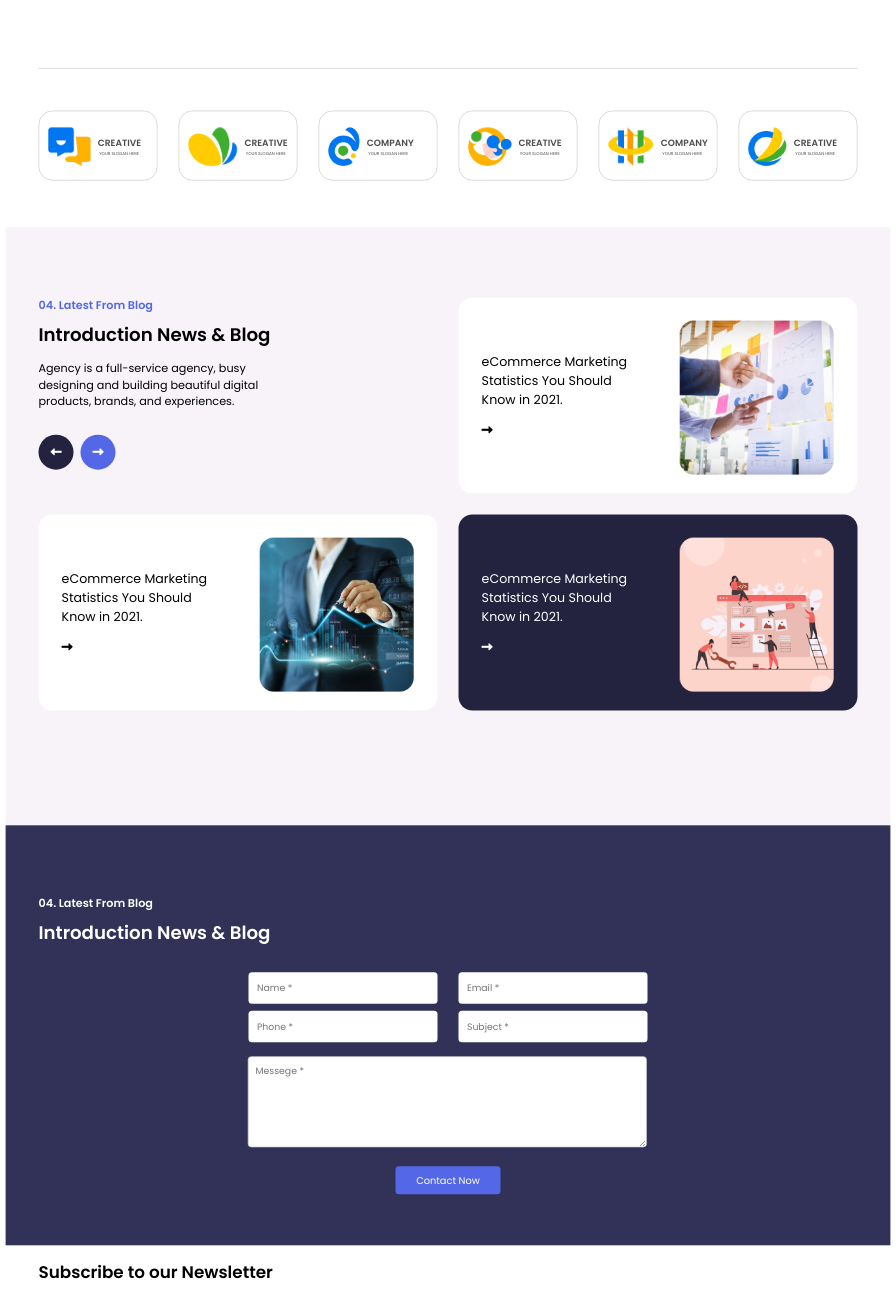
Repository: tranchi0120/LangdingPage-Htmlcss-Ago
Page: index.html
The author's editor kept a copy of each file at every save. The page is drawn from the files as they stood at one save, then again after the next save.
The browser window is 1280 px wide. The pictures show the part of the page from y = 3170 to 5090 px (the page is 5024 px tall before and 5090 px after), at 70% of full size.
Some web libraries are served in a nearby version. The style sheet was rebuilt from its Sass, Less or Tailwind sources for each picture, by a compiler version that may differ from the author's.

Above is the page before, as saved 2022-07-15 11:42:34.

### index.html
<!DOCTYPE html>
<html lang="en">

<head>
    <meta charset="UTF-8" />
    <meta http-equiv="X-UA-Compatible" content="IE=edge" />
    <meta name="viewport" content="width=device-width, initial-scale=1.0" />
    <title>Ago</title>
    <!-- css -->
    <link rel="stylesheet" href="./css/app.css" />
    <!-- google font  -->
    <link rel="preconnect" href="https://fonts.googleapis.com" />
    <link rel="preconnect" href="https://fonts.gstatic.com" crossorigin />
    <link href="https://fonts.googleapis.com/css2?family=Poppins:wght@400;600&display=swap" rel="stylesheet" />
    <!-- google icon awaresome -->
    <link rel="stylesheet" href="https://cdnjs.cloudflare.com/ajax/libs/font-awesome/6.1.1/css/all.min.css">
    <!-- sass ./sass/app.scss ./css/app.css --watch -->
</head>

<body>
    <header class="header">
        <div class="header-top container">
            <span class="header-top-title">
                Welcome to Ago! Building Creative Business Agency
            </span>
            <div class="header-top-right">
                <div class="header-login">
                    <i class="fa-solid fa-user"></i>
                    <a href="#!" style="color:#666666">Login</a>
                </div>
                <div class="header-nation">
                    <i class="fa-solid fa-globe"></i>
                    <span class="header-language">English</span>
                    <i class="fa-solid fa-angle-down"></i>
                </div>
            </div>
        </div>
        <div class="header-line">
        </div>
        <div class="header-under container">
            <div class="header-under-logo">
                <div class="header-under-image">
                    <img class="header-under-img" src="./images/logo.png" alt="#">
                </div>
                <span class="header-under-name">Ago</span>
            </div>
            <div class="header-menu">
                <ul class="menu">
                    <li class="menu-item">
                        <a href="#" class="menu-link">Home</a>
                    </li>
                    <li class="menu-item">
                        <a href="#" class="menu-link">Features</a>
                        <i class="fa-solid fa-angle-down"></i>
                    </li>
                    <li class="menu-item">
                        <a href="#" class="menu-link">Services</a>
                    </li>
                    <li class="menu-item">
                        <a href="#" class="menu-link">Pages</a>
                    </li>
                    <li class="menu-item">
                        <a href="#" class="menu-link">Blog</a>
                    </li>
                    <li class="menu-item">
                        <a href="#" class="menu-link">Support</a>
                    </li>
                </ul>
                <div class="menu-button">
                    <i class="fa-solid fa-magnifying-glass menu-icon"></i>
                    <div class="button">Contact Us</div>
                </div>
            </div>
        </div>
    </header>
    <main>
        <section class="hero">
            <div class="container">
                <div class="hero-main">
                    <div class="hero-left">
                        <div class="hero-title">
                            Trusted Professional Service.
                        </div>
                        <span class="hero-content">
                            Ago is a full-service agency, busy designing and building beautiful digital products,
                            brands, and
                            experiences.
                        </span>
                        <div class="hero-button">
                            <div class="button">Recent Work</div>
                        </div>
                        <div class="hero-down">
                            <div class="hero-icondown">
                                <i style="color:#ffffff ;" class="fa-solid fa-arrow-down"></i>
                            </div>
                            <p class="hero-scroll">
                                Scroll Down
                            </p>
                        </div>
                    </div>
                    <div class="hero-right">
                        <img src="./images/hero.png" alt="#">
                    </div>
                </div>
            </div>
        </section>
        <section class="about">
            <div class="container">
                <div class="about-main">
                    <div class="about-images">
                        <img src="./images/about1.png" alt="#" class="about-img1">
                        <img src="./images/about2.png" alt="#" class="about-img2">
                        <img src="./images/about3.png" alt="#" class="about-img3">
                    </div>
                    <div class="about-us">
                        <h5 class="about-number">
                            01. About Us
                        </h5>
                        <div class="about-title">
                            We Make Designs that Lead and Inpire.
                        </div>
                        <div class="about-name">
                            A design team building a created
                            marketplace for UI designers.
                        </div>
                        <div class="about-content">
                            2,360 curated design resources to energize your creative workflow. We're a growing family of
                            682,268 designers and makers from around the world
                        </div>
                        <div class="menu-button">
                            <div class="button">Contact Us</div>
                        </div>
                    </div>
                </div>
            </div>
        </section>
        <section class="interactive">
            <div class="container">
                <div class="interactive-main">
                    <h5 class="interactive-number">
                        02. What We Do
                    </h5>
                    <div class="interactive-title">
                        <span class="interactive-name">
                            We Make Designs that Lead and Inpire.
                        </span>
                        <i class="fa-solid fa-left-long interactive-iconleft"></i>
                        <i class="fa-solid fa-right-long"></i>
                    </div>
                    <div class="interactive-group">
                        <div class="interactive-box">
                            <div class="row-circle">
                                <img class="row-img" src="./images/row1.png" alt="#">
                                <h2 class="row-number">
                                    26k
                                </h2>
                                <span class="row-title">
                                    Happy Clients
                                </span>
                            </div>
                            <div class="row-circle2">
                                <img class="row-img" src="./images/row2.png" alt="#">
                                <h2 class="row-number2">
                                    76k
                                </h2>
                                <span class="row-title2">
                                    Project Done
                                </span>
                                <span class="row-content2">
                                    Lorem ipsum dolor sit amet, consectetur adipiscing elit. Mauris sapien egestas augue
                                    enim amet scelerisque.
                                </span>
                            </div>
                            <div class="row-circle">
                                <img class="row-img" src="./images/row3.png" alt="#">
                                <h2 class="row-number">
                                    20k
                                </h2>
                                <span class="row-title">
                                    AWARDS WON
                                </span>
                            </div>
                            <div class="row-circle">
                                <img class="row-img" src="./images/row4.png" alt="#">
                                <h2 class="row-number">
                                    20k
                                </h2>
                                <span class="row-title">
                                    DAILY DATA INPUT
                                </span>
                            </div>
                        </div>
                    </div>
                </div>
            </div>
        </section>
        <section class="service">
            <div class="container">
                <h5 class="service-number">
                    03. Our Services
                </h5>
                <div class="service-title">
                    <span class="service-name">
                        Welcome to Our Professional Service
                    </span>
                </div>
                <div class="service-main">
                    <div class="service-left">
                        <h2 class="service-left-title">
                            Professional Website
                            Design Consulting
                        </h2>
                        <p class="service-left-content">
                            Agency is a full-service agency, busy designing and building beautiful digital products,
                            brands, and experiences.
                        </p>
                        <div class="menu-button">
                            <div class="button">View Detail</div>
                        </div>
                        <div class="service-left-images">
                            <img src="./images/service1.png" alt="#" class="service-left-img">
                            <img src="./images/service2.png" alt="#" class="service-left-img">
                            <img src="./images/service3.png" alt="#" class="service-left-img">
                        </div>
                    </div>
                    <div class="service-right">
                        <img src="./images/service4.png" alt="#" class="service-right-img">
                    </div>
                </div>
                <div class="service-bottom">
                    <div class="service-box">
                        <div class="service-box-imgs">
                            <img src="./images/logo1.png" alt="#" class="service-box-img">
                        </div>
                        <div class="service-box-text">
                            <h2 class="service-box-title">CREATIVE</h2>
                            <p class="service-box-slogan">YOUR SLOGAN HERE</p>
                        </div>
                    </div>
                    <div class="service-box">
                        <div class="service-box-imgs">
                            <img src="./images/logo2.png" alt="#" class="service-box-img">
                        </div>
                        <div class="service-box-text">
                            <h2 class="service-box-title">CREATIVE</h2>
                            <p class="service-box-slogan">YOUR SLOGAN HERE</p>
                        </div>
                    </div>
                    <div class="service-box">
                        <div class="service-box-imgs">
                            <img src="./images/logo3.png" alt="#" class="service-box-img">
                        </div>
                        <div class="service-box-text">
                            <h2 class="service-box-title">COMPANY</h2>
                            <p class="service-box-slogan">YOUR SLOGAN HERE</p>
                        </div>
                    </div>
                    <div class="service-box">
                        <div class="service-box-imgs">
                            <img src="./images/logo4.png" alt="#" class="service-box-img">
                        </div>
                        <div class="service-box-text">
                            <h2 class="service-box-title">CREATIVE</h2>
                            <p class="service-box-slogan">YOUR SLOGAN HERE</p>
                        </div>
                    </div>
                    <div class="service-box">
                        <div class="service-box-imgs">
                            <img src="./images/logo5.png" alt="#" class="service-box-img">
                        </div>
                        <div class="service-box-text">
                            <h2 class="service-box-title">COMPANY</h2>
                            <p class="service-box-slogan">YOUR SLOGAN HERE</p>
                        </div>
                    </div>
                    <div class="service-box">
                        <div class="service-box-imgs">
                            <img src="./images/logo6.png" alt="#" class="service-box-img">
                        </div>
                        <div class="service-box-text">
                            <h2 class="service-box-title">CREATIVE</h2>
                            <p class="service-box-slogan">YOUR SLOGAN HERE</p>
                        </div>
                    </div>
                </div>
            </div>
        </section>
        <section class="latest">
            <div class="container">
                <div class="latest-main">
                    <div class="latest-group">
                        <h5 class="latest-number">
                            04. Latest From Blog
                        </h5>
                        <span class="latest-title">
                            Introduction News & Blog
                        </span>
                        <p class="latest-content">
                            Agency is a full-service agency, busy designing and building beautiful digital products,
                            brands, and experiences.
                        </p>
                        <div class="latest-icon">
                            <div class="latest-icon-left">
                                <i class="fa-solid fa-left-long"></i>
                            </div>
                            <div class="latest-icon-right">
                                <i class="fa-solid fa-right-long"></i>
                            </div>
                        </div>
                    </div>
                    <div class="latest-groups">
                        <div class="latest-box">
                            <p class="latest-text">
                                eCommerce Marketing
                                Statistics You Should
                                Know in 2021.
                            </p>
                            <i class="fa-solid fa-right-long"></i>
                        </div>
                        <div class="latest-image">
                            <img src="./images/latest1.png" alt="#" class="latest-img">
                        </div>
                    </div>
                    <div class="latest-groups">
                        <div class="latest-box">
                            <p class="latest-text">
                                eCommerce Marketing
                                Statistics You Should
                                Know in 2021.
                            </p>
                            <i class="fa-solid fa-right-long"></i>
                        </div>
                        <div class="latest-image">
                            <img src="./images/latest2.png" alt="#" class="latest-img">
                        </div>
                    </div>
                    <div class="latest-groups3">
                        <div class="latest-box3">
                            <p class="latest-text3">
                                eCommerce Marketing
                                Statistics You Should
                                Know in 2021.
                            </p>
                            <i class="fa-solid fa-right-long"></i>
                        </div>
                        <div class="latest-image">
                            <img src="./images/latest3.png" alt="#" class="latest-img">
                        </div>
                    </div>
                </div>
            </div>
        </section>
        <section class="contact">
            <div class="container">
                <!-- <img class="contact-background" src="./images/background.png" alt="#"> -->
                <div class="contact-main">
                    <h5 class="contact-number">
                        04. Latest From Blog
                    </h5>
                    <span class="contact-title">
                        Introduction News & Blog
                    </span>
                    <div class="contact-import">
                        <input class="contact-input" type="text" placeholder="Name *">
                        <input class="contact-input" type="text" placeholder="Email *">
                        <input class="contact-input" type="text" placeholder="Phone *">
                        <input class="contact-input" type="text" placeholder="Subject *">
                    </div>
                    <textarea class="contact-textarea" name="text" id="#" cols="30" rows="10"
                        placeholder="Messege *"></textarea>
                    <div class="menu-button">
                        <div class="button contact-button">Contact Now</div>
                    </div>
                </div>
            </div>
        </section>
        <section class="subscribe">
            <div class="container">
                <div class="subscribe-main">
                    <h2 class="subscribe-title">
                        Subscribe to our Newsletter
                    </h2>
                </div>
            </div>
        </section>
    </main>
    <footer>
    </footer>
</body>

</html>

### sass/app.scss
@import "global";
@import "header";
@import "menu";
@import "variable";
@import "hero";
@import "about";
@import "interactive";
@import "row";
@import "service";
@import "latest";
@import "contact";

### sass/_global.scss
.container {
    max-width: 1170px;
    margin: 0 auto;
}
.body {
    background: #ffffff;
}
* {
    box-sizing: border-box;
    font-family: "Poppins", sans-serif;
}
a {
    text-decoration: none;
}
ul {
    list-style-type: none !important;
}
.button {
    border: none;
    padding: auto;
    width: 150px;
    background: #5468e7;
    height: 40px;
    text-align: center;
    justify-content: center;
    padding: 7px;
    border-radius: 5px;
    color: white;
    font-size: 14px;
    line-height: 21px;
    padding: 10px;
}

### sass/_header.scss
.header {
    &-top {
        max-width: 1170px;
        margin: 0 auto;
        color: #666666;
        display: flex;
        justify-content: space-between;
        align-items: center;
        padding: 10px;
        &-right {
            display: flex;
            gap: 20px;
        }
    }
    &-line {
        width: 100%;
        height: 1px;
        background-color: #c7c2c2;
    }
    &-under {
        height: 96px;
        display: flex;
        gap: 0 85px;
        align-items: center;
        &-logo {
            display: flex;
        }
        &-image {
            width: 52.5px;
            height: 60px;
        }
        &-img {
            width: 100%;
        }
        &-name {
            padding: 10px;
            line-height: 39px;
            font-weight: 600;
            font-size: 26px;
            color: #000000;
        }
    }
    &-menu {
        gap: 195px;
        display: flex;
    }
}

### sass/_menu.scss
.menu {
    height: 24px;
    width: 550px;
    display: flex;
    justify-content: space-between;
    align-items: center;
    // gap: 40px;
    &-button {
        display: flex;
        gap: 29px;
    }
    &-icon {
        width: 18px;
        display: inline-block;
        padding-top: 15px;
        color: #666666;
    }

    &-link {
        color: #000000;
        font-weight: 400;
        font-size: 16px;
        line-height: 24px;
    }
}

### sass/_variable.scss
$font: "Poppins", sans-serif;
$color1: #232340;
$color2: #323259;
$color-btn: #5468e7;
$black: #222222;
$white: #ffffff;

### sass/_hero.scss
.hero {
    height: 800px;
    margin-top: 55px;
    &-main {
        display: flex;

        align-items: center;
    }
    &-title {
        width: 260px;
        line-height: 60px;
        font-weight: 600;
        font-size: 40px;
        margin-bottom: 23px;
    }
    &-content {
        height: 46px;
        width: 317px;
        font-weight: 400;
        font-size: 16px;
        display: inline-block;
        margin-bottom: 60px;
        margin-right: 147px;
    }
    &-down {
        margin-top: 114px;
        display: flex;
        gap: 9px;
    }
    &-icondown {
        border-radius: 50%;
        width: 45px;
        height: 45px;
        text-align: center;
        padding: 13px;
        background: #c897e4;
    }
}

### sass/_interactive.scss
.interactive {
    background: #f7f3f8;
    height: 752px;
    &-number {
        margin-bottom: 10px;
        margin-top: 100px;
        display: inline-block;
        color: #5468e7;
        font-size: 16px;
        line-height: 24px;
        font-weight: 600;
    }
    &-name {
        display: inline-block;
        line-height: 39px;
        font-size: 26px;
        font-weight: 600;
        margin-bottom: 75px;
    }
    &-iconleft {
        margin-right: 19px;
        margin-left: 594px;
    }
    &-box {
        max-height: 360px;
        background: white;
        display: grid;
        grid-template-columns: repeat(4, 1fr) !important;
        border-radius: 30px;
    }
}

Loaded but not shown: sass/_service.scss (94 lines, source omitted); sass/_latest.scss (87 lines, source omitted); sass/_about.scss (57 lines, source omitted); sass/_contact.scss (53 lines, source omitted); sass/_row.scss (51 lines, source omitted)

After the next save:
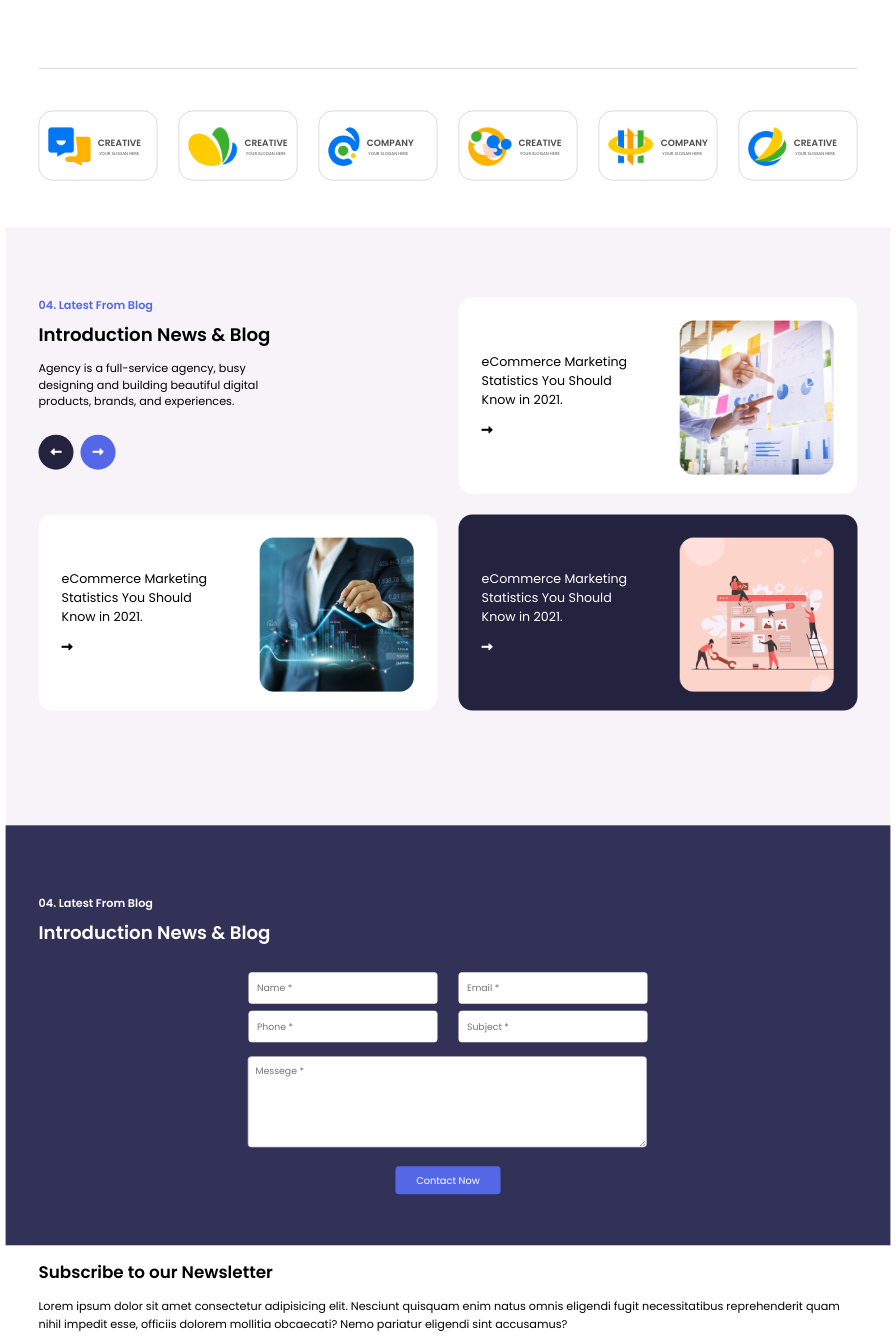
Saved 28 s later.
--- a/index.html
+++ b/index.html
@@ -380,6 +380,11 @@
                     <h2 class="subscribe-title">
                         Subscribe to our Newsletter
                     </h2>
+                    <p class="subscribe-text">
+                        Lorem ipsum dolor sit amet consectetur adipisicing elit. Nesciunt quisquam enim natus omnis
+                        eligendi fugit necessitatibus reprehenderit quam nihil impedit esse, officiis dolorem mollitia
+                        obcaecati? Nemo pariatur eligendi sint accusamus?
+                    </p>
                 </div>
             </div>
         </section>
